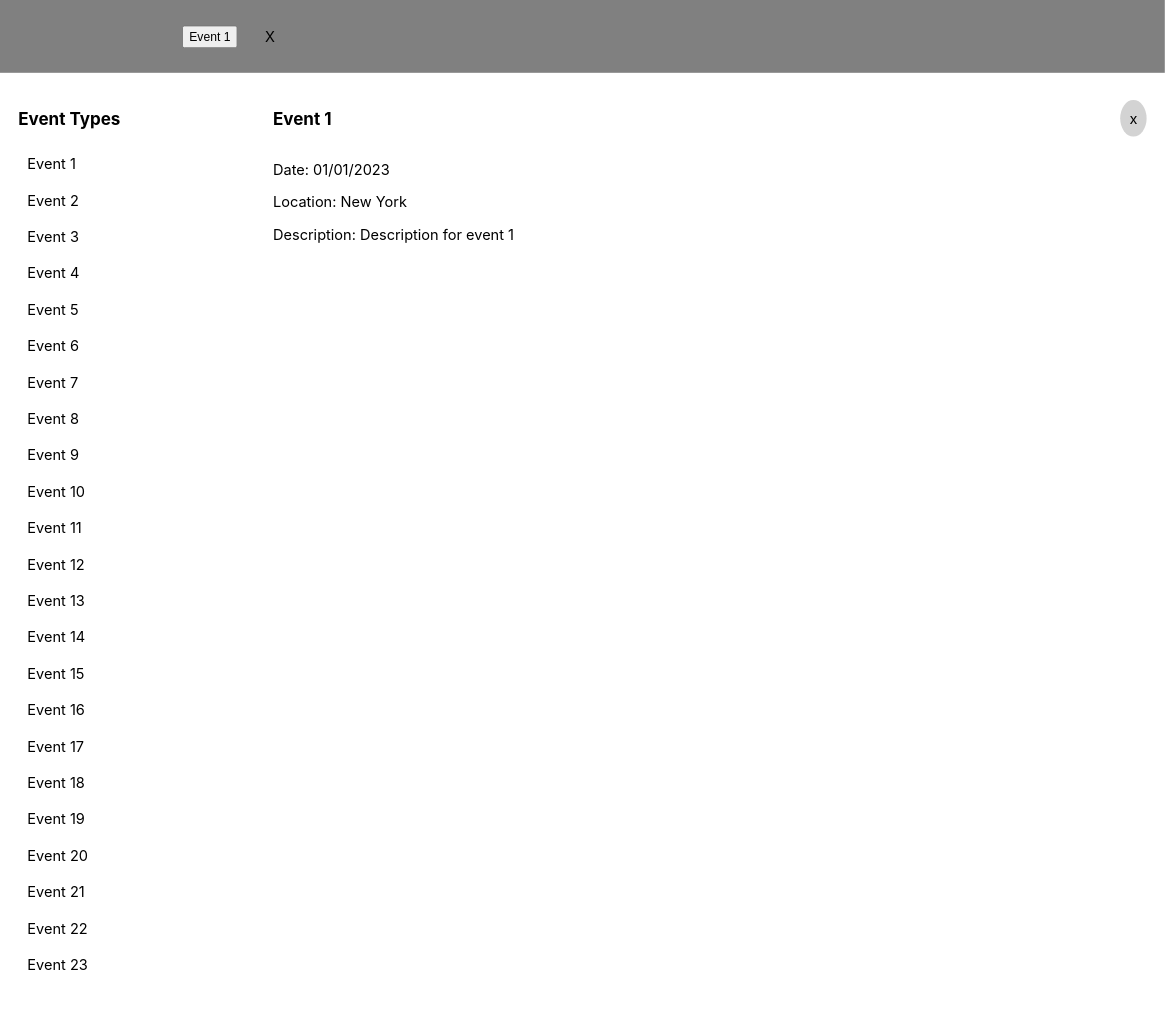
Repository: TauqeerHusain/Assignment
Page: /, after clicking the first element matching `li`
These files come from the project's save history. The page is drawn as it stood at one moment and after the next save; the edit follows.
The browser window is 1280 px wide. The pictures show the whole page, at 91% of full size.
The project was rebuilt for these pictures with package versions that can differ from the ones it lists, and the page was loaded fresh each time.

Above is the page before, as saved 2023-02-06 22:52:17.

After the next save:
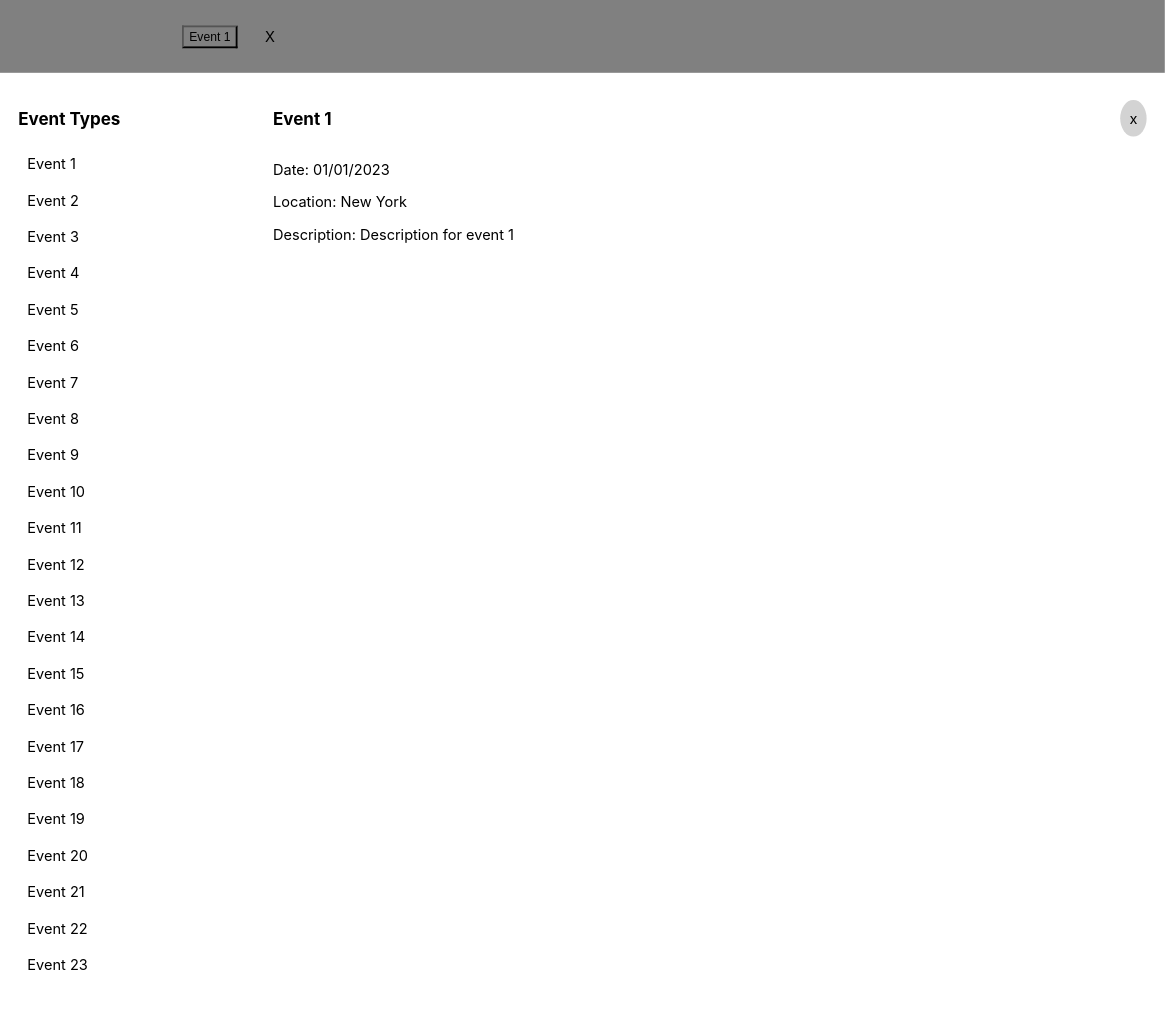
Saved 11 s later.
--- a/src/App.js
+++ b/src/App.js
@@ -166,7 +166,10 @@ const App = () => {
         >
           {openTabs.map((item) => (
             <>
-              <button style={{ height: 25 }} onClick={() => {}}>
+              <button
+                style={{ height: 25, background: "transparent" }}
+                onClick={() => {}}
+              >
                 {item}
               </button>
               <span>X</span>
